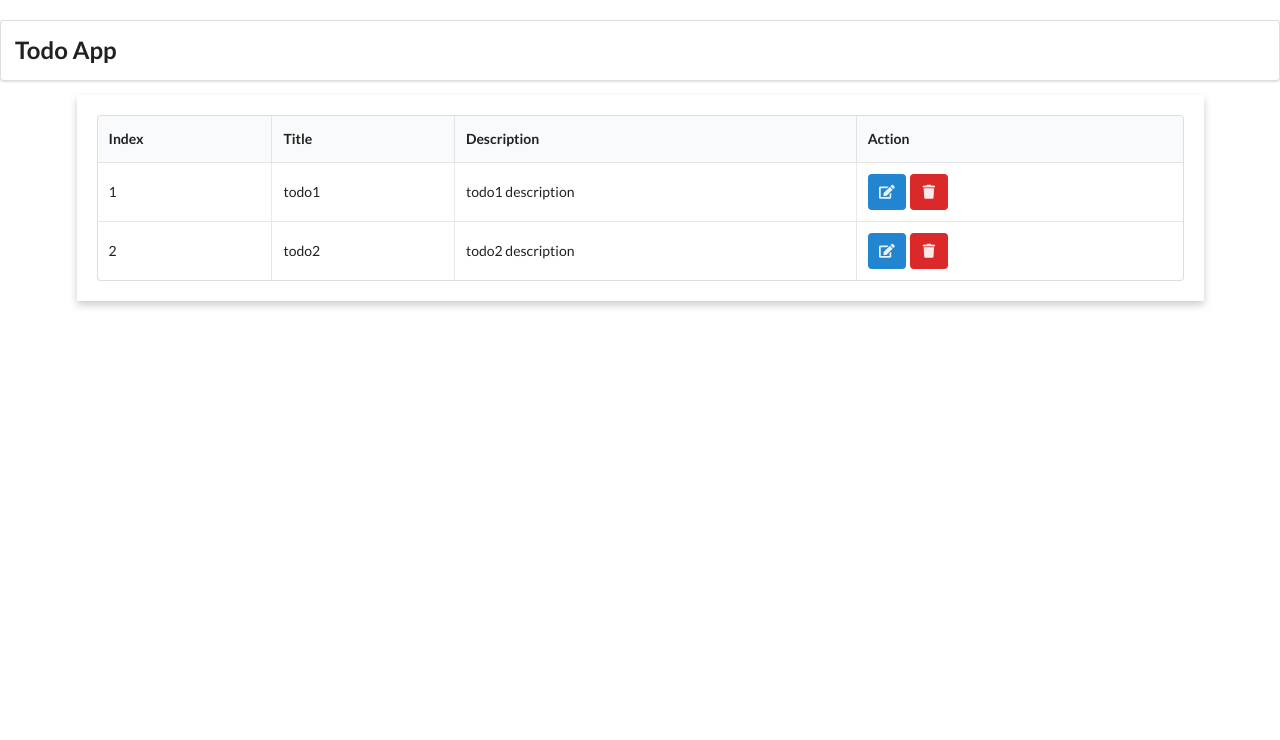
Repository: Wahid137/todo-app
Page: /
The author's editor kept a copy of each file at every save. The page is drawn from the files as they stood at one save, then again after the next save.
The browser window is 1280 px wide. The pictures show the whole page.
The project was rebuilt for these pictures with package versions that can differ from the ones it lists, and the page was loaded fresh each time. Also part of the build but not shown: src/App.css, src/index.css.

Above is the page before, as saved 2024-05-03 10:13:54.

### src/index.js
import React from 'react';
import ReactDOM from 'react-dom/client';
import 'semantic-ui-css/semantic.min.css';
import App from './App';
import './index.css';
import reportWebVitals from './reportWebVitals';

const root = ReactDOM.createRoot(document.getElementById('root'));
root.render(
  <React.StrictMode>
    <App />
  </React.StrictMode>
);

// If you want to start measuring performance in your app, pass a function
// to log results (for example: reportWebVitals(console.log))
// or send to an analytics endpoint. Learn more: https://bit.ly/CRA-vitals
reportWebVitals();

### src/App.js
import './App.css';
import TodoListPage from './components/TodoListPage';

function App() {
  return (
    <TodoListPage />
  );
}

export default App;

### src/components/TodoListPage.js
import React, { useState } from 'react';
import { Button, Container, Icon, Segment, Table } from 'semantic-ui-react';

const TodoListPage = () => {
    const initialTodos = [
        { id: 1, title: "todo1", description: "todo1 description" },
        { id: 2, title: "todo2", description: "todo2 description" }
    ];

    const [todos, setTodos] = useState(initialTodos);

    const handleDelete = (id) => {
        setTodos(todos.filter(todo => todo.id !== id));
    };

    return (
        <div>
            <Segment style={{ marginTop: '20px' }}>
                <h2>Todo App</h2>
            </Segment>
            <Container style={{ boxShadow: '0 4px 8px 0 rgba(0, 0, 0, 0.2)', padding: '20px' }}>
                <div>
                    <Table celled>
                        <Table.Header>
                            <Table.Row>
                                <Table.HeaderCell>Index</Table.HeaderCell>
                                <Table.HeaderCell>Title</Table.HeaderCell>
                                <Table.HeaderCell>Description</Table.HeaderCell>
                                <Table.HeaderCell>Action</Table.HeaderCell>
                            </Table.Row>
                        </Table.Header>

                        <Table.Body>
                            {todos.map((todo, index) => (
                                <Table.Row key={todo.id}>
                                    <Table.Cell>{index + 1}</Table.Cell>
                                    <Table.Cell>{todo.title}</Table.Cell>
                                    <Table.Cell>{todo.description}</Table.Cell>
                                    <Table.Cell>
                                        <Button icon color='blue'>
                                            <Icon name='edit' />
                                        </Button>
                                        <Button icon color='red' onClick={() => handleDelete(todo.id)}>
                                            <Icon name='trash' />
                                        </Button>
                                    </Table.Cell>
                                </Table.Row>
                            ))}
                        </Table.Body>
                    </Table>
                </div>
            </Container>
        </div>
    );
};

export default TodoListPage;

Loaded but not shown: public/index.html (common file); src/reportWebVitals.js (common file)

After the next save:
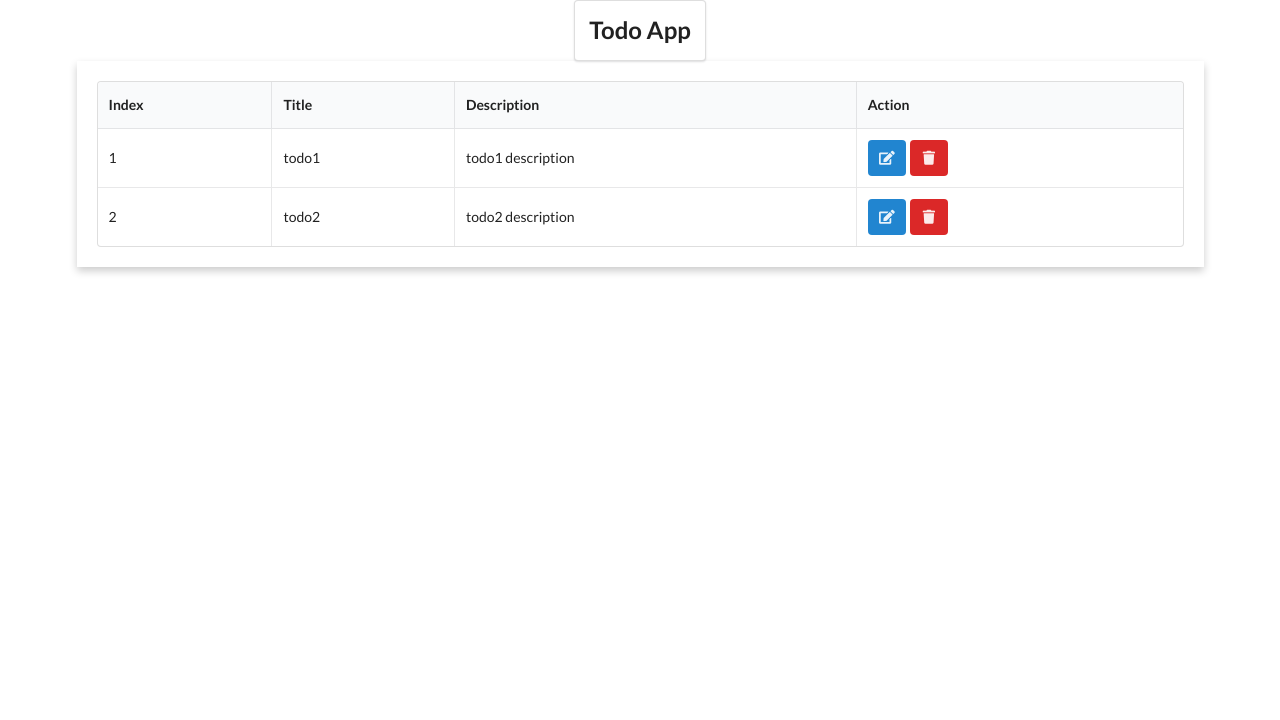
Saved 72 s later.
--- a/src/components/TodoListPage.js
+++ b/src/components/TodoListPage.js
@@ -15,8 +15,8 @@ const TodoListPage = () => {
 
     return (
         <div>
-            <Segment style={{ marginTop: '20px' }}>
-                <h2>Todo App</h2>
+            <Segment style={{ marginTop: '20px', width: 'fit-content', margin: 'auto' }}>
+                <h2 style={{ textAlign: 'center' }}>Todo App</h2>
             </Segment>
             <Container style={{ boxShadow: '0 4px 8px 0 rgba(0, 0, 0, 0.2)', padding: '20px' }}>
                 <div>
